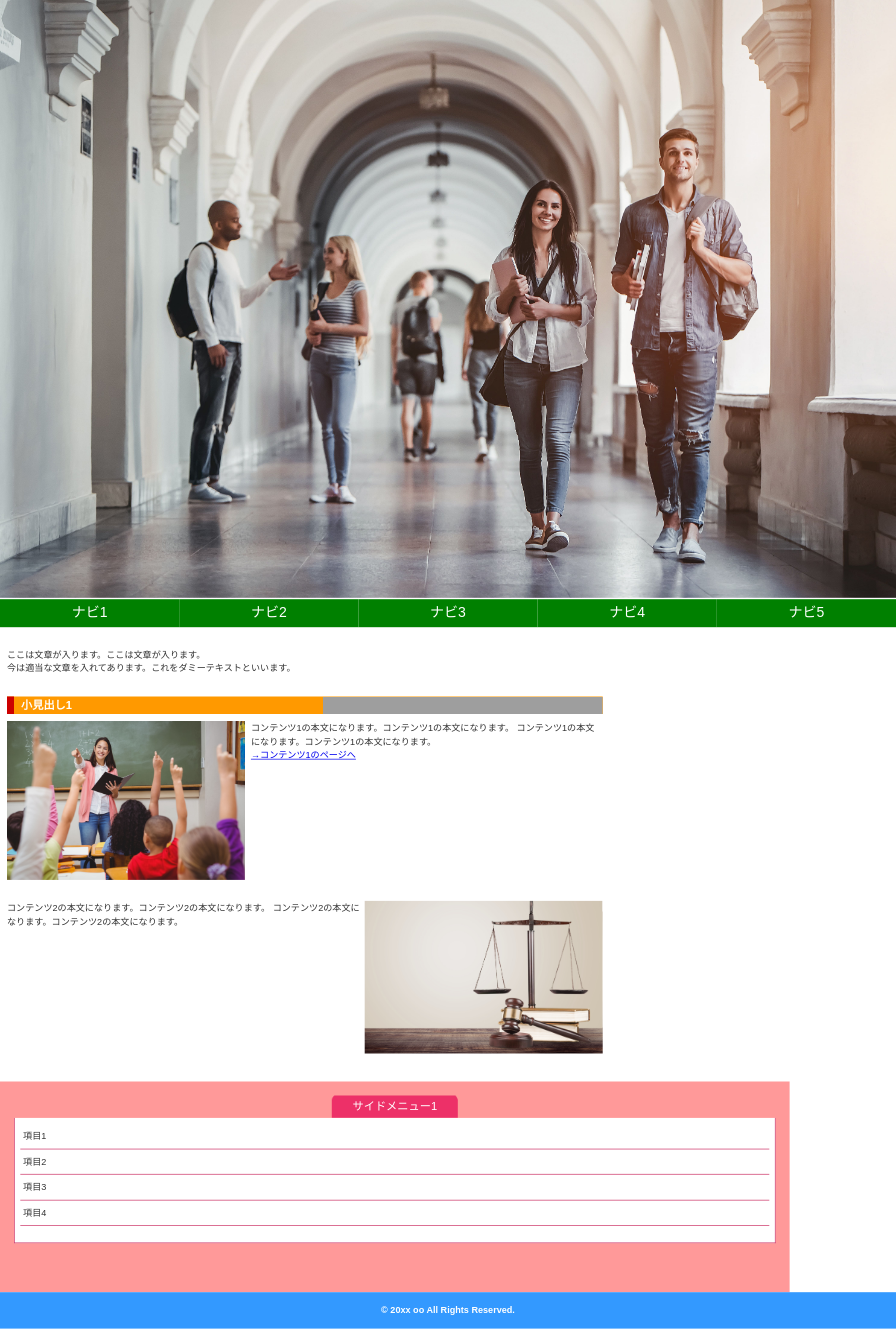
Repository: ootsukam/samurai_HTML-CSS
Page: home.html
The author's editor kept a record of every edit. The page is drawn from the files as they stood at one moment, then again after the next edit.
The browser window is 1280 px wide. The pictures show the whole page, at 70% of full size.
Pictures or frames that could not be fetched are drawn as grey boxes.

Above is the page before.

After the next edit:
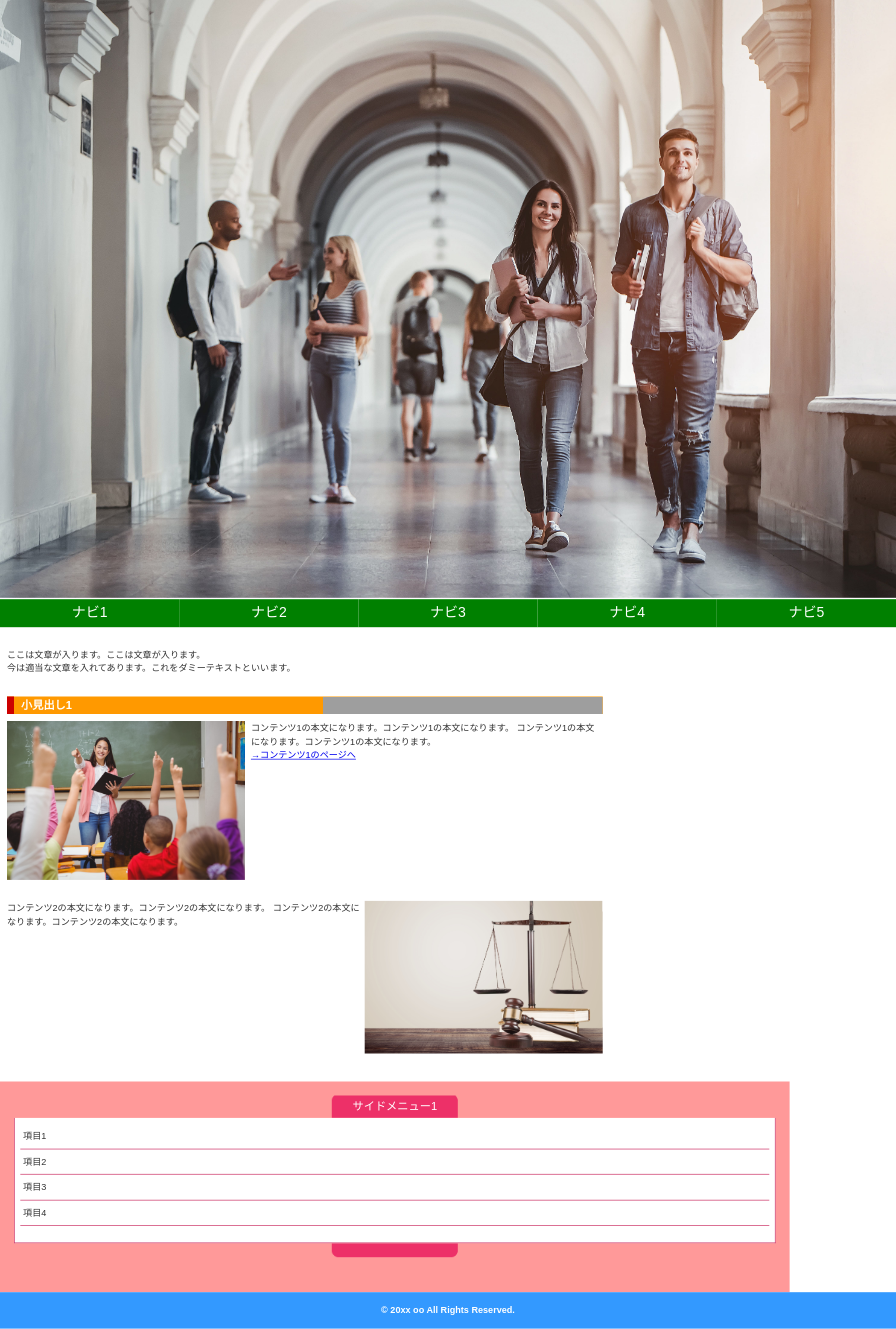
The edit:
--- a/stylesheet.css
+++ b/stylesheet.css
@@ -142,7 +142,7 @@
 #side .box {
     margin: 0 auto 30px auto;
     padding: 0 0 20px 0;
-    background: url(images/side_box.png) botoom no-repeat;
+    background: url(images/side_box.png) bottom no-repeat;
 }
 #side .box h2 {
     margin: 0;
